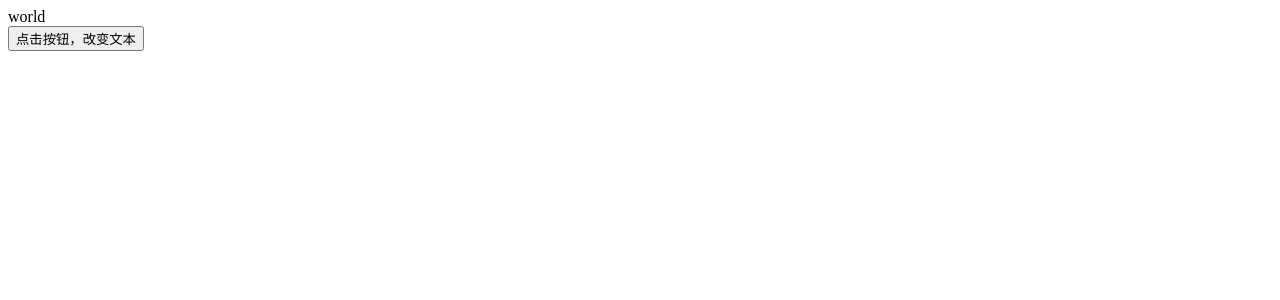
Repository: ls02/VSCode
Page: Java/2022/7-21-1/Test1.html
The author's editor kept a copy of each file at every save. The page is drawn from the files as they stood at one save, then again after the next save.
The browser window is 1280 px wide. The pictures show the whole page.
After loading, the first visible `button` was clicked once.

Above is the page before, as saved 2022-07-21 15:46:44.

### Java/2022/7-21-1/Test1.html
<!--
 * @Author: ls02 <2877455773@qq.com>
 * @Date: 2022-07-21 15:01:18
 * @LastEditors: ls02 <2877455773@qq.com>
 * @LastEditTime: 2022-07-21 15:46:44
 * @FilePath: \Java\2022\7-21-1\Test1.html
 * @Description:
 *
 * Copyright (c) 2022 by ${ls02 <2877455773@qq.com>}, All Rights Reserved.
-->
<!DOCTYPE html>
<html lang="en">
<head>
    <meta charset="UTF-8">
    <meta http-equiv="X-UA-Compatible" content="IE=edge">
    <meta name="viewport" content="width=image.png, initial-scale=1.0">
    <title>Document</title>
</head>
<body>
    <!-- <div class="parent">
        <div class="child">1</div>
        <div class="child">2</div>
        <div class="child">3</div>
    </div> -->
    <!-- <input type="button" value="我是一个按钮"> -->

    <div class="parent">hello</div>

    <button>点击按钮，改变文本</button>


    <script>
        let button = document.querySelector('button');
        button.onclick = function() {
            let parent = document.querySelector('.parent');
            parent.innerHTML = 'world';
        }
        // let parent = document.querySelector('.parent');
        // console.log(parent.innerHTML);
        // let elem = document.querySelectorAll('div');
        // console.log(elem);
        // let button = document.querySelector('input');
        // button.onclick = function() {
        //     alert("hello");
        // }

    </script>
</body>
</html>

After the next save:
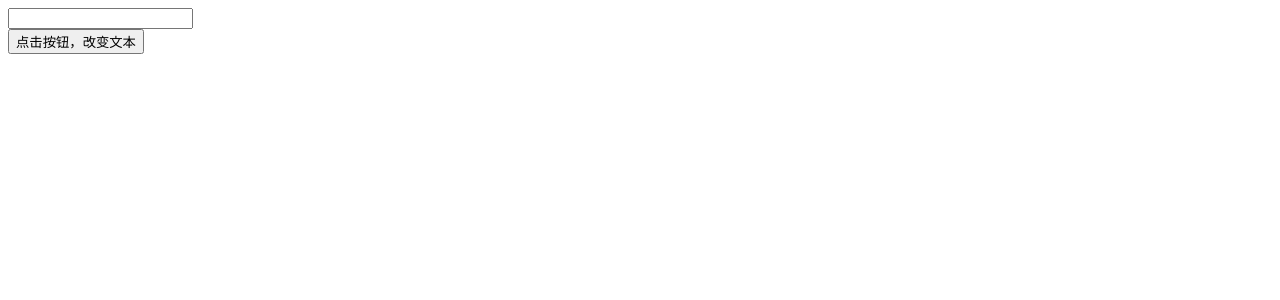
Saved 101 s later.
--- a/Java/2022/7-21-1/Test1.html
+++ b/Java/2022/7-21-1/Test1.html
@@ -2,7 +2,7 @@
  * @Author: ls02 <2877455773@qq.com>
  * @Date: 2022-07-21 15:01:18
  * @LastEditors: ls02 <2877455773@qq.com>
- * @LastEditTime: 2022-07-21 15:46:44
+ * @LastEditTime: 2022-07-21 15:48:24
  * @FilePath: \Java\2022\7-21-1\Test1.html
  * @Description:
  *
@@ -33,7 +33,7 @@
         let button = document.querySelector('button');
         button.onclick = function() {
             let parent = document.querySelector('.parent');
-            parent.innerHTML = 'world';
+            parent.innerHTML = '<input type="text">';
         }
         // let parent = document.querySelector('.parent');
         // console.log(parent.innerHTML);
